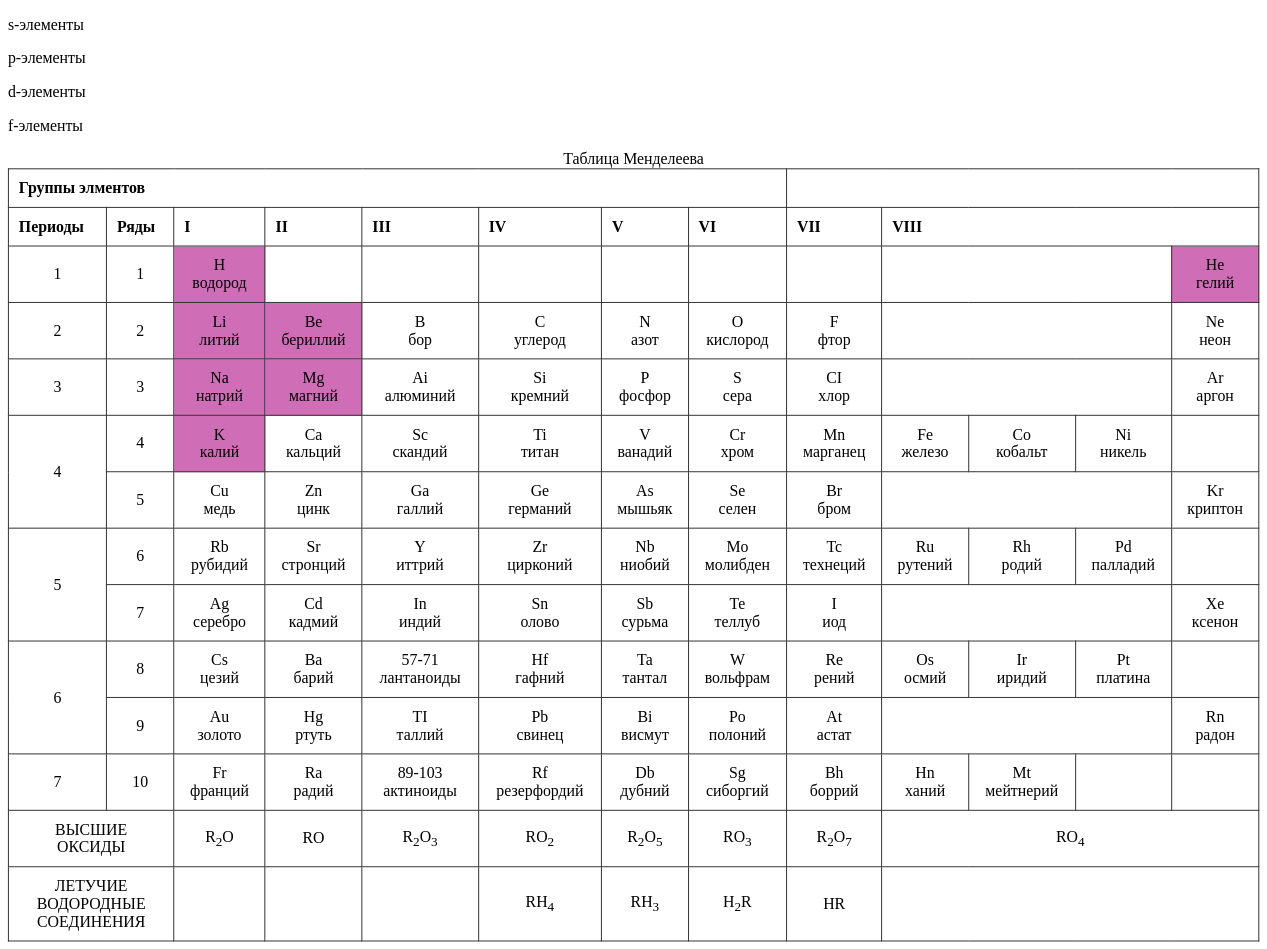
Repository: sannikovcode/exercises-a1
Page: JS/websites/01-periodic table/index.html
The author's editor kept a copy of each file at every save. The page is drawn from the files as they stood at one save, then again after the next save.
The browser window is 1280 px wide. The pictures show the whole page, at 99% of full size.

Above is the page before, as saved 2025-10-18 14:54:43.

### JS/websites/01-periodic table/index.html
<!DOCTYPE html>
<html lang="en">

<head>
    <meta charset="UTF-8">
    <meta name="viewport" content="width=device-width, initial-scale=1.0">
    <title>Periodic table</title>
    <link rel="stylesheet" href="styles.css">
</head>

<body>
    <table>
        <caption>Таблица Менделеева</caption>
        <thead>
            <tr>
                <th colspan="8">Группы элментов</th>
            </tr>
        </thead>

        <tbody>
            <tr>
                <th scope="col">Периоды</th>
                <th scope="col">Ряды</th>
                <th scope="col">I</th>
                <th scope="col">II</th>
                <th scope="col">III</th>
                <th scope="col">IV</th>
                <th scope="col">V</th>
                <th scope="col">VI</th>
                <th scope="col">VII</th>
                <th scope="col" colspan="4">VIII</th>
            </tr>
            <tr>
                <td scope="row">1</td>
                <td>1</td>
                <td id="s">H<br>водород</td>
                <td></td>
                <td></td>
                <td></td>
                <td></td>
                <td></td>
                <td></td>
                <td colspan="3"></td>
                <td id="s">He<br>гелий</td>

            </tr>
            <tr>
                <td scope="row">2</td>
                <td>2</td>
                <td id="s">Li<br>литий</td>
                <td id="s">Be<br>бериллий</td>
                <td>B<br>бор</td>
                <td>C<br>углерод</td>
                <td>N<br>азот</td>
                <td>O<br>кислород</td>
                <td>F<br>фтор</td>
                <td colspan="3"></td>
                <td>Ne<br>неон</td>
            </tr>
            <tr>
                <td scope="row">3</td>
                <td>3</td>
                <td id="s">Na<br>натрий</td>
                <td id="s">Mg<br>магний</td>
                <td>Ai<br>алюминий</td>
                <td>Si<br>кремний</td>
                <td>P<br>фосфор</td>
                <td>S<br>сера</td>
                <td>CI<br>хлор</td>
                <td colspan="3"></td>
                <td>Ar<br>аргон</td>

            </tr>
            <tr>
                <td scope="row" rowspan="2">4</td>
                <td>4</td>
                <td id="s">K<br>калий</td>
                <td>Ca<br>кальций</td>
                <td>Sc<br>скандий</td>
                <td>Ti<br>титан</td>
                <td>V<br>ванадий</td>
                <td>Cr<br>хром</td>
                <td>Mn<br>марганец</td>
                <td>Fe<br>железо</td>
                <td>Co<br>кобальт</td>
                <td>Ni<br>никель</td>
                <td></td>
            </tr>
            <tr>
                <td>5</td>
                <td>Cu<br>медь</td>
                <td>Zn<br>цинк</td>
                <td>Ga<br>галлий</td>
                <td>Ge<br>германий</td>
                <td>As<br>мышьяк</td>
                <td>Se<br>селен</td>
                <td>Br<br>бром</td>
                <td colspan="3"></td>
                <td>Kr<br>криптон</td>
            <tr>
                <td scope="row" rowspan="2">5</td>
                <td>6</td>
                <td>Rb<br>рубидий</td>
                <td>Sr<br>стронций</td>
                <td>Y<br>иттрий</td>
                <td>Zr<br>цирконий</td>
                <td>Nb<br>ниобий</td>
                <td>Mo<br>молибден</td>
                <td>Tc<br>технеций</td>
                <td>Ru<br>рутений</td>
                <td>Rh<br>родий</td>
                <td>Pd<br>палладий</td>
                <td></td>
            </tr>
            <tr>
                <td>7</td>
                <td>Ag<br>серебро</td>
                <td>Cd<br>кадмий</td>
                <td>In<br>индий</td>
                <td>Sn<br>олово</td>
                <td>Sb<br>сурьма</td>
                <td>Te<br>теллуб</td>
                <td>I<br>иод</td>
                <td colspan="3"></td>
                <td>Xe<br>ксенон</td>
            </tr>
            <tr>
                <td scope="row" rowspan="2">6</td>
                <td>8</td>
                <td>Cs<br>цезий</td>
                <td>Ba<br>барий</td>
                <td>57-71<br>лантаноиды</td>
                <td>Hf<br>гафний</td>
                <td>Ta<br>тантал</td>
                <td>W<br>вольфрам</td>
                <td>Re<br>рений</td>
                <td>Os<br>осмий</td>
                <td>Ir<br>иридий</td>
                <td>Pt<br>платина</td>
                <td></td>
            </tr>
            <tr>
                <td>9</td>
                <td>Au<br>золото</td>
                <td>Hg<br>ртуть</td>
                <td>TI<br>таллий</td>
                <td>Pb<br>свинец</td>
                <td>Bi<br>висмут</td>
                <td>Po<br>полоний</td>
                <td>At<br>астат</td>
                <td colspan="3"></td>
                <td>Rn<br>радон</td>
            </tr>
            <tr>
                <td scope="row">7</td>
                <td>10<br></td>
                <td>Fr<br>франций</td>
                <td>Ra<br>радий</td>
                <td>89-103<br>актиноиды</td>
                <td>Rf<br>резерфордий</td>
                <td>Db<br>дубний</td>
                <td>Sg<br>сиборгий</td>
                <td>Bh<br>боррий</td>
                <td>Hn<br>ханий</td>
                <td>Mt<br>мейтнерий</td>
                <td></td>
                <td></td>
            </tr>
            <tr>
                <td colspan="2">ВЫСШИЕ <br>ОКСИДЫ</td>
                <td>R<sub>2</sub>O</td>
                <td>RO</td>
                <td>R<sub>2</sub>O<sub>3</sub></td>
                <td>RO<sub>2</sub></td>
                <td>R<sub>2</sub>O<sub>5</sub></td>
                <td>RO<sub>3</sub></td>
                <td>R<sub>2</sub>O<sub>7</sub></td>
                <td colspan="4">RO<sub>4</sub></td>

            </tr>
            <tr>
                <td colspan="2">ЛЕТУЧИЕ <br>ВОДОРОДНЫЕ <br> СОЕДИНЕНИЯ</td>
                <td></td>
                <td></td>
                <td></td>
                <td>RH<sub>4</sub></td>
                <td>RH<sub>3</sub></td>
                <td>H<sub>2</sub>R</td>
                <td>HR</td>
                <td colspan="4"></td>
            </tr>
        </tbody>
        <tfoot>
            <p>s-элементы</p>
            <p>p-элементы</p>
            <p>d-элементы</p>
            <p>f-элементы</p>

        </tfoot>

    </table>




</body>

</html>

### JS/websites/01-periodic table/styles.css
/* 1 */
table {
  border-collapse: collapse;
  width: 100%;
}

table, th, td {
  border: 1px solid #333;
}

th, td {
  padding: 10px;
  text-align: left;
}

/*2*/
td {
  text-align: center; /* горизонтальное центрирование */
  vertical-align: middle; /* вертикальное центрирование */
}

/* элементы */

#s {
  background-color: rgb(207, 109, 183);
}
#p {
  background-color: lightblue;
}
#d {
  background-color: lightblue;
}
#f {
  background-color: lightblue;
}

After the next save:
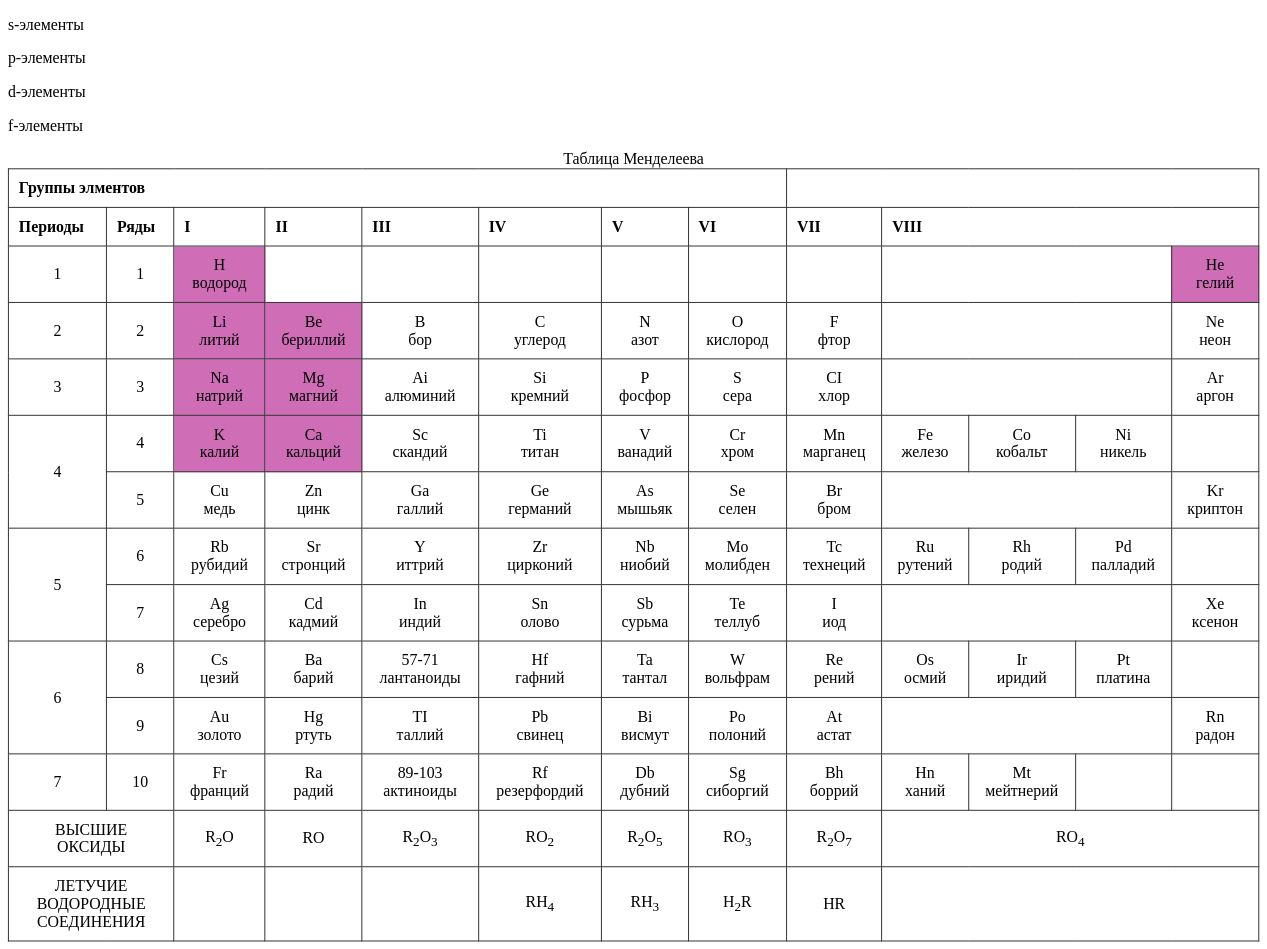
Saved 7 s later.
--- a/JS/websites/01-periodic table/index.html
+++ b/JS/websites/01-periodic table/index.html
@@ -75,7 +75,7 @@
                 <td scope="row" rowspan="2">4</td>
                 <td>4</td>
                 <td id="s">K<br>калий</td>
-                <td>Ca<br>кальций</td>
+                <td id="s">Ca<br>кальций</td>
                 <td>Sc<br>скандий</td>
                 <td>Ti<br>титан</td>
                 <td>V<br>ванадий</td>
